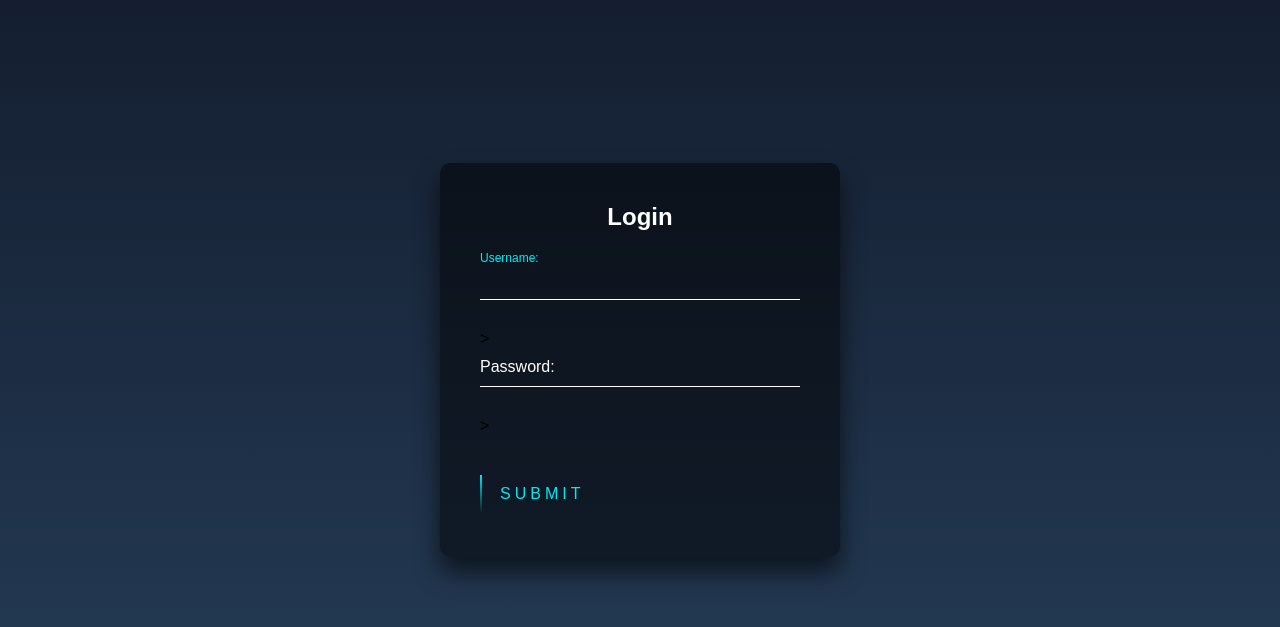
Repository: vanmai1912/CouresePJ
Page: http://localhost/login/
The author's editor kept a copy of each file at every save. The page is drawn from the files as they stood at one save, then again after the next save.
The browser window is 1280 px wide. The pictures show the whole page.
The page is served by the project's application, run on Django 4.2 (manage.py).

Above is the page before, as saved 2023-03-21 15:50:10.

After the next save:
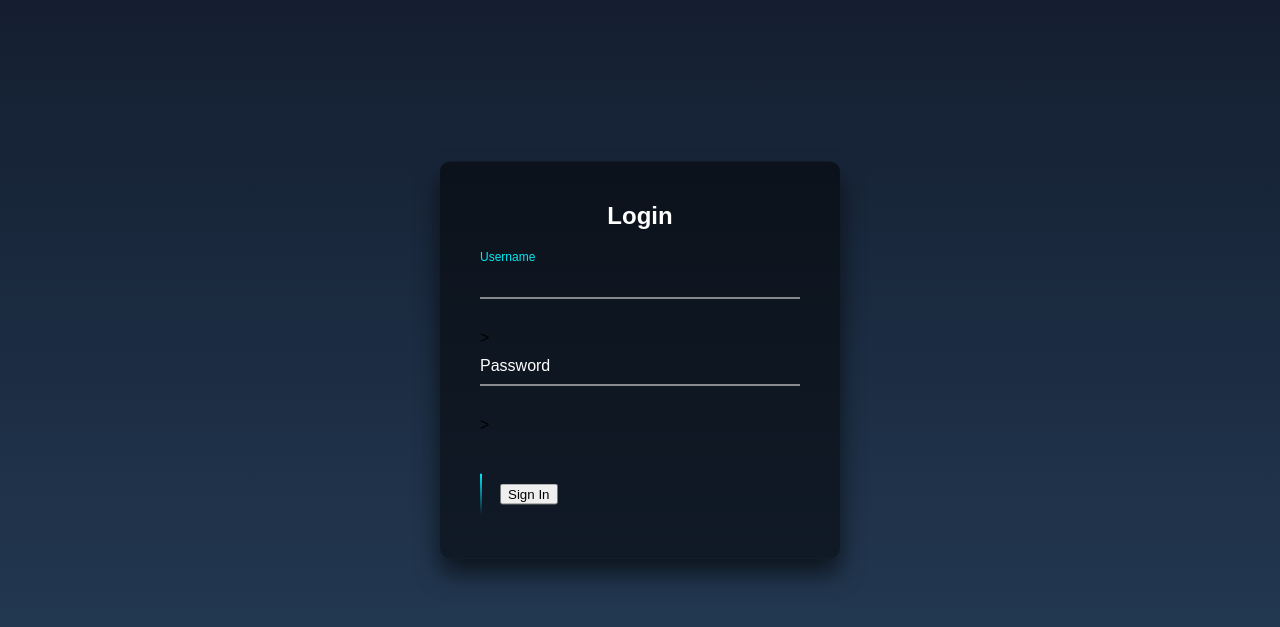
Saved 1 s later.
--- a/Courses/templates/registration/login.html
+++ b/Courses/templates/registration/login.html
@@ -1,16 +1,17 @@
 <!doctype html>
 <html lang="en">
 <head>
+    <meta charset="UTF-8">
     {% load static %}
-    <meta charset="UTF-8">
     <meta name="viewport"
           content="width=device-width, user-scalable=no, initial-scale=1.0, maximum-scale=1.0, minimum-scale=1.0">
     <meta http-equiv="X-UA-Compatible" content="ie=edge">
+    <title>Document</title>
     <link rel="stylesheet" href="{% static 'css/login.css' %}">
-    <title>Document</title>
 </head>
 
 <body>
+
 <div class="login-box">
     <h2>Login</h2>
     <form action="" method="POST">
@@ -19,28 +20,24 @@
         {% for key, value in form.errors.items %}
             {{value}}
         {% endfor %}
-
         <div class="user-box">
-            <input {{ form.username }} >
-            <label >Username: </label>
-
-
+            <input type="text"  {{form.username}} >
+            <label>Username</label>
           </div>
           <div class="user-box">
-            <input {{ form.password }}>
-              <label >Password: </label>
-
+            <input type="password" {{form.password}} >
+            <label>Password</label>
           </div>
           <a href="#">
             <span></span>
             <span></span>
             <span></span>
             <span></span>
-            Submit
+            <input type="submit"  value="Sign In" >
           </a>
 
+
 </form>
-</div>
-
+  </div>
 </body>
 </html>
